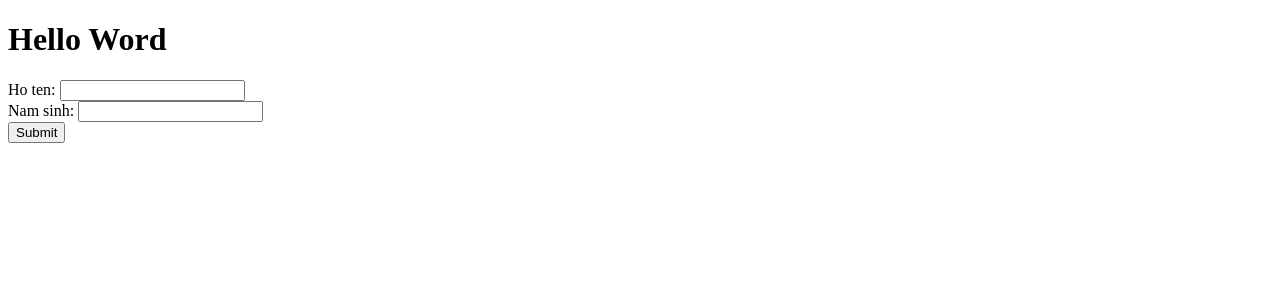
Repository: LuanPink/utils
Page: http://localhost/Bai1_Helloord/
These files come from the project's save history. The page is drawn as it stood at one moment and after the next save; the edit follows.
The browser window is 1280 px wide. The pictures show the whole page.
The page is served by Tomcat 9. Other server files are loaded and not shown.

Above is the page before, as saved 2023-06-28 01:14:19.

### Bai1_Helloord/src/main/webapp/index.jsp
<%@ page language="java" contentType="text/html; charset=ISO-8859-1"
    pageEncoding="ISO-8859-1"%>
<!DOCTYPE html>
<html>
<head>
<meta charset="ISO-8859-1">
<title>Insert title here</title>
</head>
<body>
	<form action="/Bai1_Helloord/tinhtuoi" method="post">
	<h1>Hello Word</h1>
	Ho ten: <input name="hoTen" /><br>
	Nam sinh: <input name="namSinh"/><br>
	<input type="submit" value="Submit"/>
	</form>

</body>
</html>

After the next save:
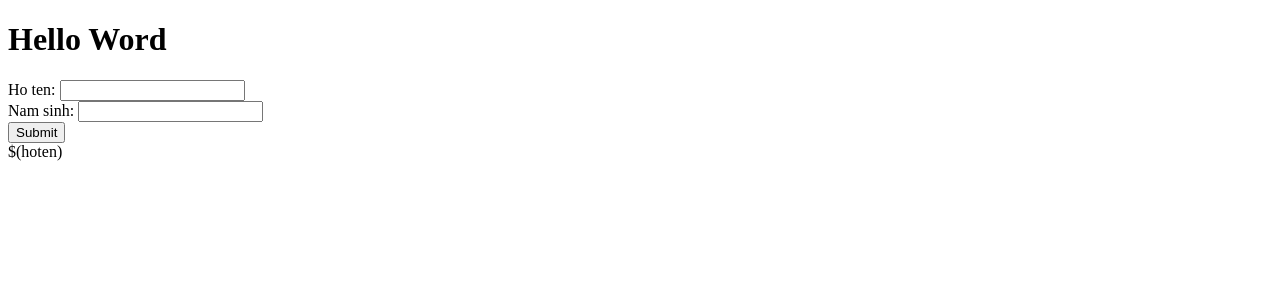
Saved 17 min 7 s later.
--- a/Bai1_Helloord/src/main/webapp/index.jsp
+++ b/Bai1_Helloord/src/main/webapp/index.jsp
@@ -13,6 +13,6 @@
 	Nam sinh: <input name="namSinh"/><br>
 	<input type="submit" value="Submit"/>
 	</form>
-
+	$(hoten)
 </body>
 </html>
